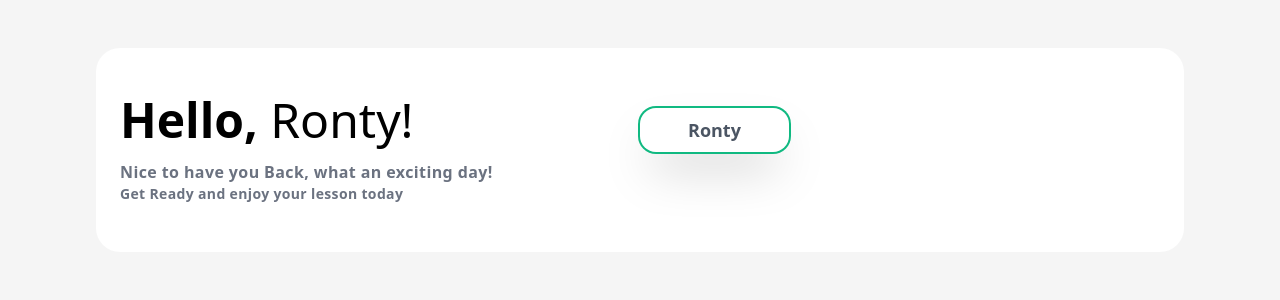
Repository: coolronts/Vite-Tailwind
Page: /
The author's editor kept a copy of each file at every save. The page is drawn from the files as they stood at one save, then again after the next save.
The browser window is 1280 px wide. The pictures show the whole page.
The project was rebuilt for these pictures with package versions that can differ from the ones it lists, and the page was loaded fresh each time. Also part of the build but not shown: vite.config.js, src/components/Card/index.jsx.

Above is the page before, as saved 2021-11-26 07:12:29.

After the next save:
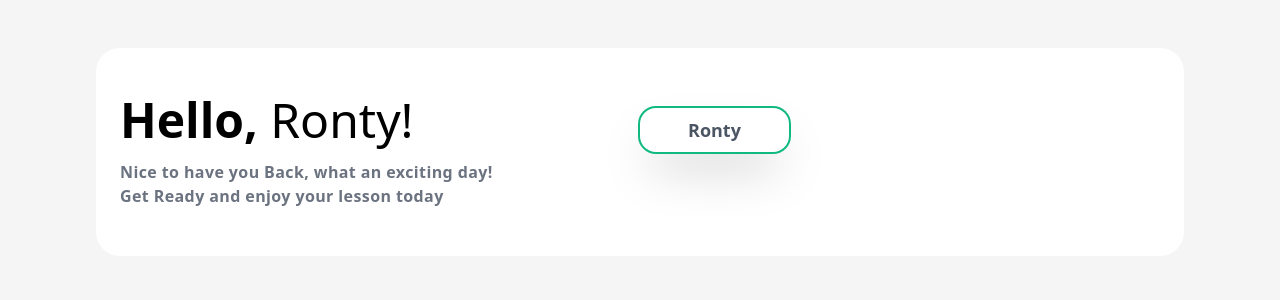
Saved 9 s later.
--- a/src/App.jsx
+++ b/src/App.jsx
@@ -14,8 +14,8 @@ function App() {
         <div id="left">
           <div>
             <h3 className="text-5xl font-sans font-bold mb-4">Hello, <span className="font-light">Ronty!</span> </h3>
-            <h5 className=" font-semibold tracking-wide text-gray-500">Nice to have you Back, what an exciting day!</h5>
-            <h5 className="text-sm font-semibold tracking-wide text-gray-500">Get Ready and enjoy your lesson today</h5>
+            <h5 className="font-semibold tracking-wide text-gray-500">Nice to have you Back, what an exciting day!</h5>
+            <h5 className="font-semibold tracking-wide text-gray-500">Get Ready and enjoy your lesson today</h5>
 
           </div>
 
